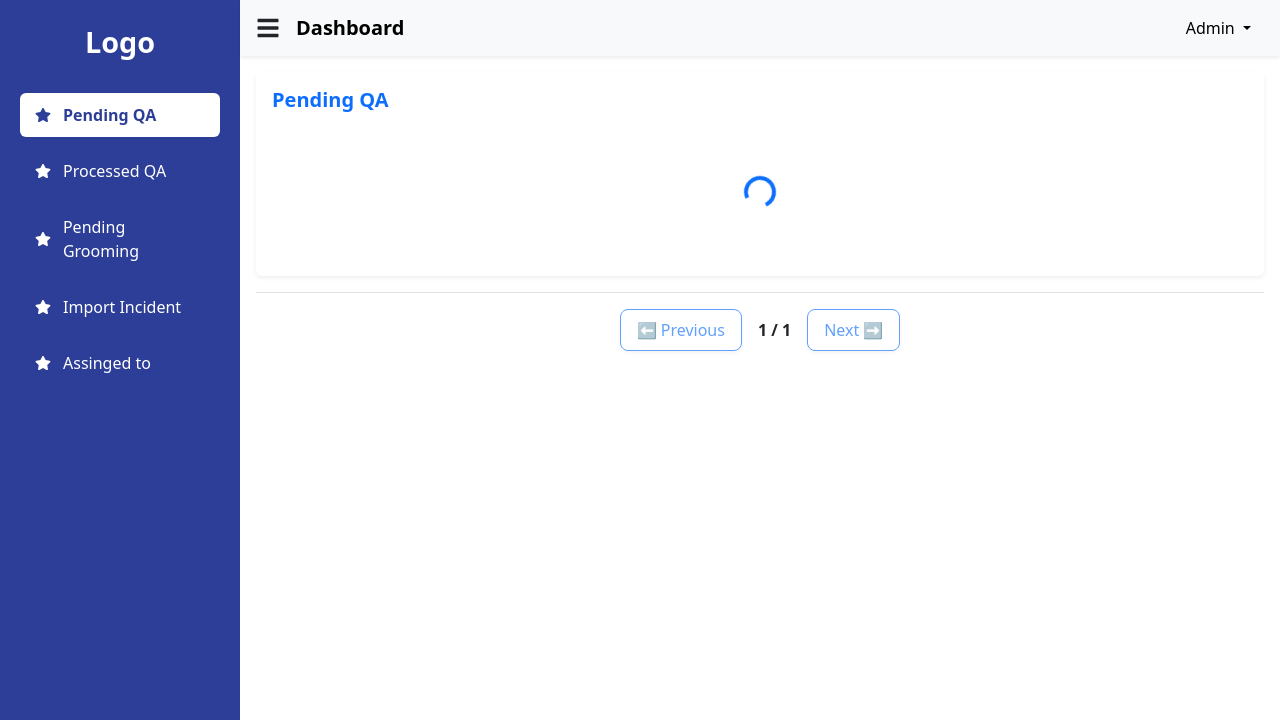
Repository: ArunGOW/ServiceNow_QA-audit
Page: /dashboard/pending-qa
An editor plug-in stored every save of this project. The page is shown before and after the next save, followed by the edit.
The browser window is 1280 px wide. The pictures show the whole page.
The project was rebuilt for these pictures with package versions that can differ from the ones it lists, and the page was loaded fresh each time. Also part of the build but not shown: vite.config.js, src/components/Login.jsx, src/components/layout/Topbar.css, src/components/tables/ProcessedQATable.jsx, src/pages/ProcessedQAPage.jsx, src/pages/GroomingPage.jsx, src/pages/ImportIncidentPage.jsx.

Above is the page before, as saved 2025-09-09 21:27:01.

After the next save:
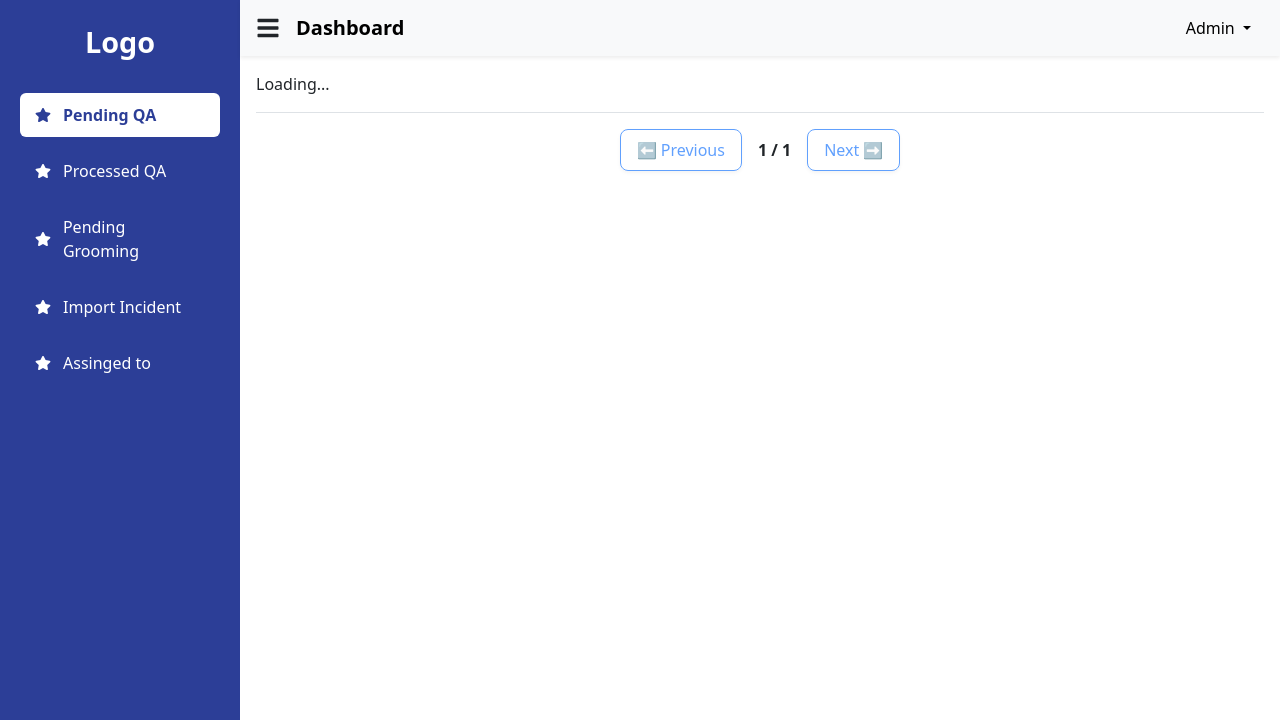
Saved 9 min 46 s later.
--- a/src/components/tables/PendingQATable.jsx
+++ b/src/components/tables/PendingQATable.jsx
@@ -1,49 +1,38 @@
  // src/components/tables/PendingQATable.jsx
 import { Table, Spinner, Badge } from "react-bootstrap";
 
-const PendingQATable = ({ incidents, loading }) => {
-  const getStatusBadge = (status) => {
-    if (!status) return <Badge bg="secondary">Pending</Badge>;
-    if (status.toLowerCase() === "escalated")
-      return <Badge bg="warning" text="dark">Escalated</Badge>;
-    if (status.toLowerCase() === "resolved")
-      return <Badge bg="success">Resolved</Badge>;
-    return <Badge bg="info">{status}</Badge>;
-  };
+ const PendingQATable = ({ incidents, loading }) => {
+  console.log("🟢 Pending Incidents passed to table:", incidents);
+
+  if (loading) return <p>Loading...</p>;
+
+  if (!incidents || incidents.length === 0) {
+    return <p>No pending incidents found.</p>;
+  }
 
   return (
-    <div className="bg-white rounded shadow-sm p-3">
-      <h5 className="fw-bold mb-3 text-primary">Pending QA</h5>
-      {loading ? (
-        <div className="text-center py-5">
-          <Spinner animation="border" variant="primary" />
-        </div>
-      ) : incidents.length > 0 ? (
-        <Table bordered hover responsive className="align-middle">
-          <thead className="table-primary">
-            <tr>
-              <th className="text-center">Incident #</th>
-              <th className="text-start">Handled By</th>
-              <th className="text-center">Handled On</th>
-              <th className="text-center">Current Status</th>
-            </tr>
-          </thead>
-          <tbody>
-            {incidents.map((incident, index) => (
-              <tr key={index}>
-                <td className="text-center">{incident.incident_number || "N/A"}</td>
-                <td className="text-start">{incident.assigned_analyst || "N/A"}</td>
-                <td className="text-center">{incident.incident_date || "N/A"}</td>
-                <td className="text-center">{getStatusBadge(incident.resolution_status)}</td>
-              </tr>
-            ))}
-          </tbody>
-        </Table>
-      ) : (
-        <p className="text-muted text-center py-4">No pending incidents found.</p>
-      )}
-    </div>
+    <table className="table table-striped">
+      <thead>
+        <tr>
+          <th>#</th>
+          <th>Incident ID</th>
+          <th>Description</th>
+          <th>Status</th>
+        </tr>
+      </thead>
+      <tbody>
+        {incidents.map((incident, index) => (
+          <tr key={incident.id || index}>
+            <td>{index + 1}</td>
+            <td>{incident.incident_id || "-"}</td>
+            <td>{incident.description || "-"}</td>
+            <td>{incident.audit_status}</td>
+          </tr>
+        ))}
+      </tbody>
+    </table>
   );
 };
 
+
 export default PendingQATable;
